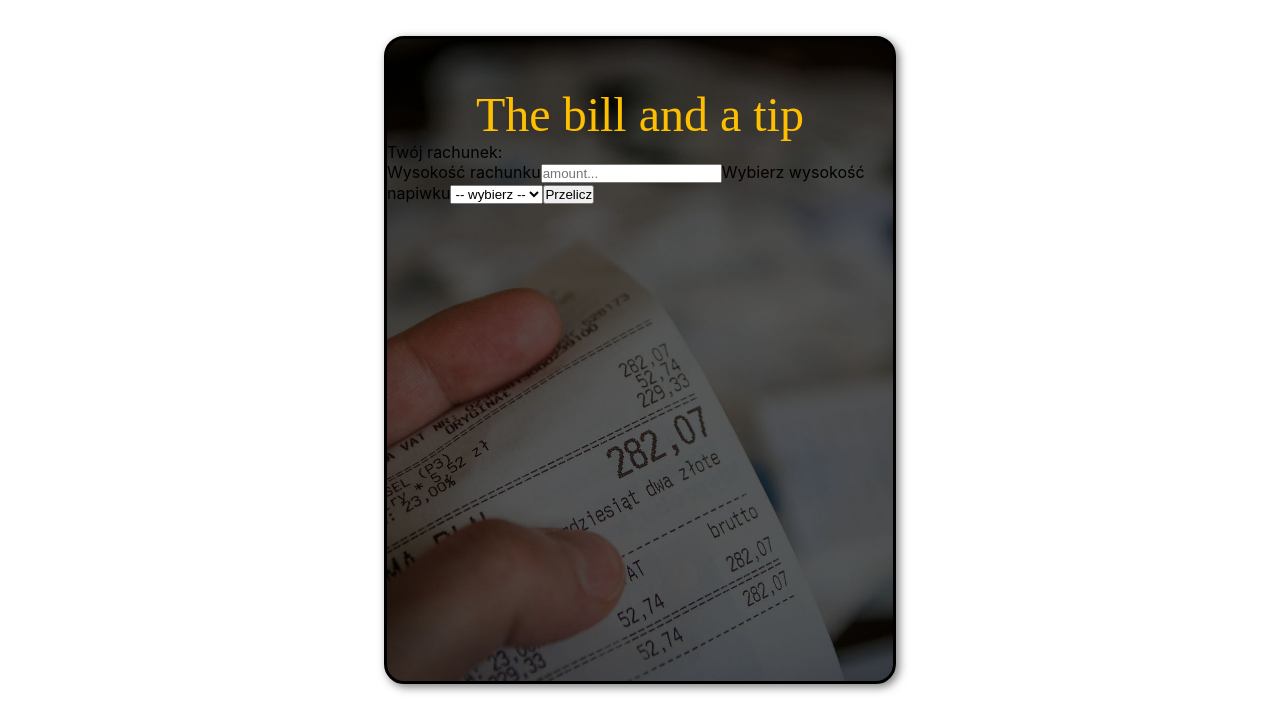
Repository: KrzysKolo/sr_tydzien4_zad1
Page: /
An editor plug-in stored every save of this project. The page is shown before and after the next save, followed by the edit.
The browser window is 1280 px wide. The pictures show the whole page.
Some web fonts or font styles are not loaded; a fallback is used. The project was rebuilt for these pictures with package versions that can differ from the ones it lists, and the page was loaded fresh each time.

Above is the page before, as saved 2020-11-06 10:33:01.

After the next save:
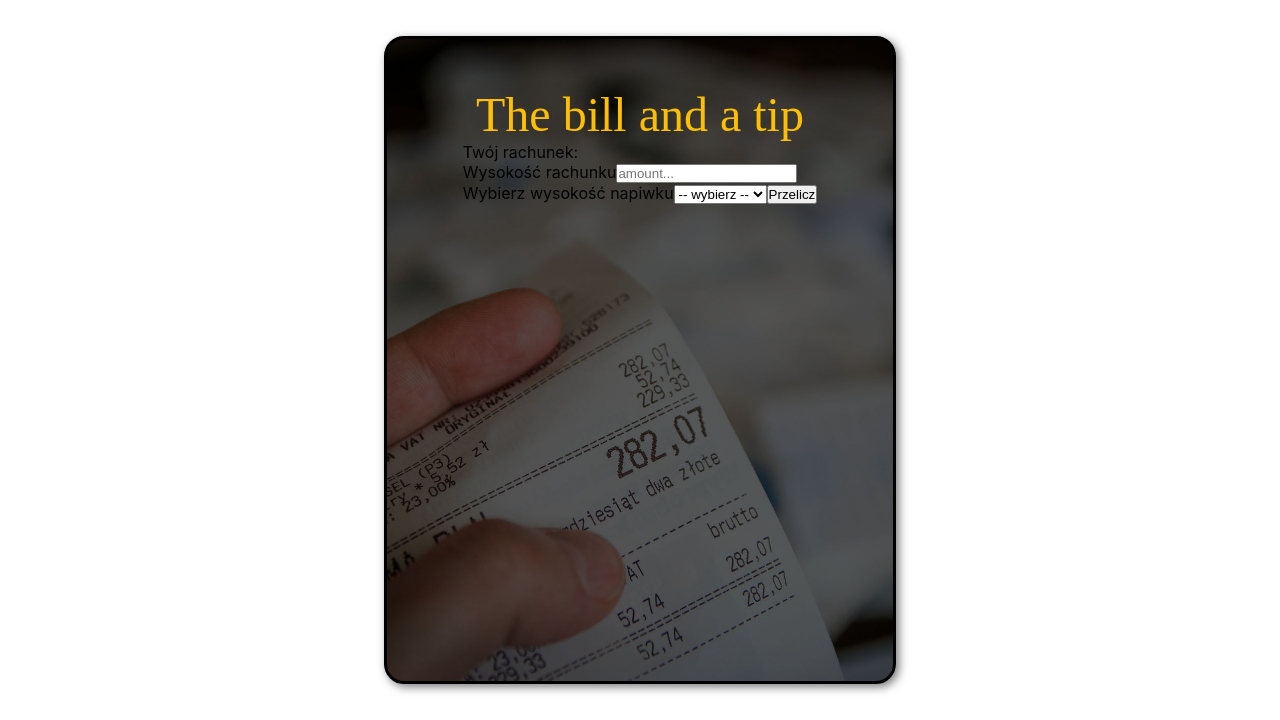
Saved 24 s later.
--- a/src/components/SectionCard.js
+++ b/src/components/SectionCard.js
@@ -7,7 +7,7 @@ class SectionCard extends Component {
                 <p>Twój rachunek: </p>
                 <form>
                     <label for="form__input-amount">Wysokość rachunku</label>
-                    <input type="text" id="form__input-amount" name="amount" placeholder="amount..." />
+                    <input type="text" id="form__input-amount" name="amount" placeholder="amount..." /><br/>
                     <label for="form__select">Wybierz wysokość napiwku</label>
                     <select name="tip" id="cars">
                         <option value="">-- wybierz --</option>
